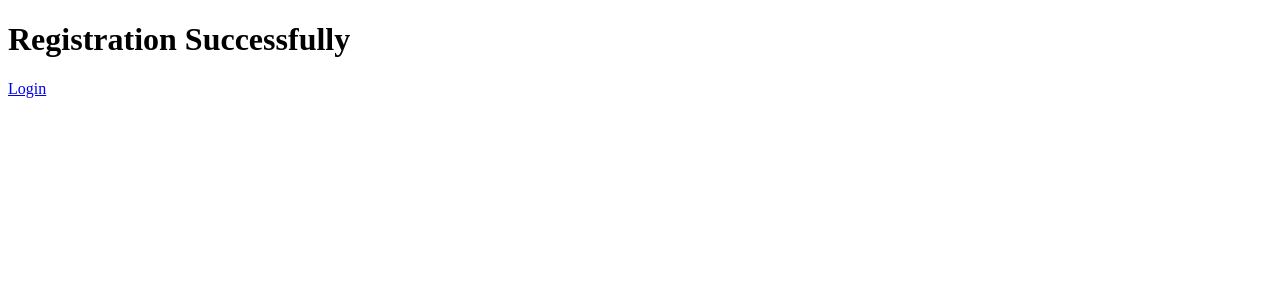
Repository: priyankamergu/MyAllProjects
Page: http://localhost/NewTrainingServlet/RegistrationSucc.jsp
These files come from the project's save history. The page is drawn as it stood at one moment and after the next save; the edit follows.
The browser window is 1280 px wide. The pictures show the whole page.
The page is served by Tomcat 9. Other server files are loaded and not shown.

Above is the page before, as saved 2019-11-07 08:48:01.

### Workspace_JEE7_WEB/NewTrainingServlet/WebContent/RegistrationSucc.jsp
<%@ page language="java" contentType="text/html; charset=ISO-8859-1"
    pageEncoding="ISO-8859-1"%>
<!DOCTYPE html>
<html>
<head>
<meta charset="ISO-8859-1">
<title>Insert title here</title>
</head>
<body>
<center></center>
<h1>Registration Successfully</h1>
<a href="Login.jsp">Login</a>
</body>
</html>

After the next save:
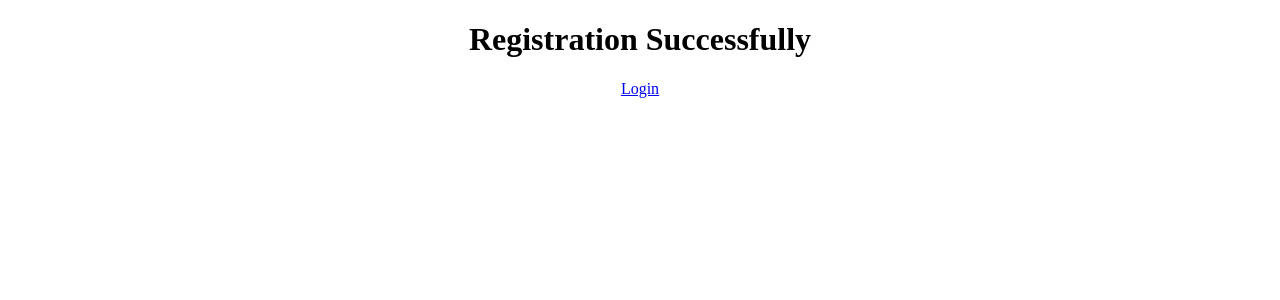
Saved 4 s later.
--- a/Workspace_JEE7_WEB/NewTrainingServlet/WebContent/RegistrationSucc.jsp
+++ b/Workspace_JEE7_WEB/NewTrainingServlet/WebContent/RegistrationSucc.jsp
@@ -7,8 +7,9 @@
 <title>Insert title here</title>
 </head>
 <body>
-<center></center>
+<center>
 <h1>Registration Successfully</h1>
 <a href="Login.jsp">Login</a>
+</center>
 </body>
 </html>
